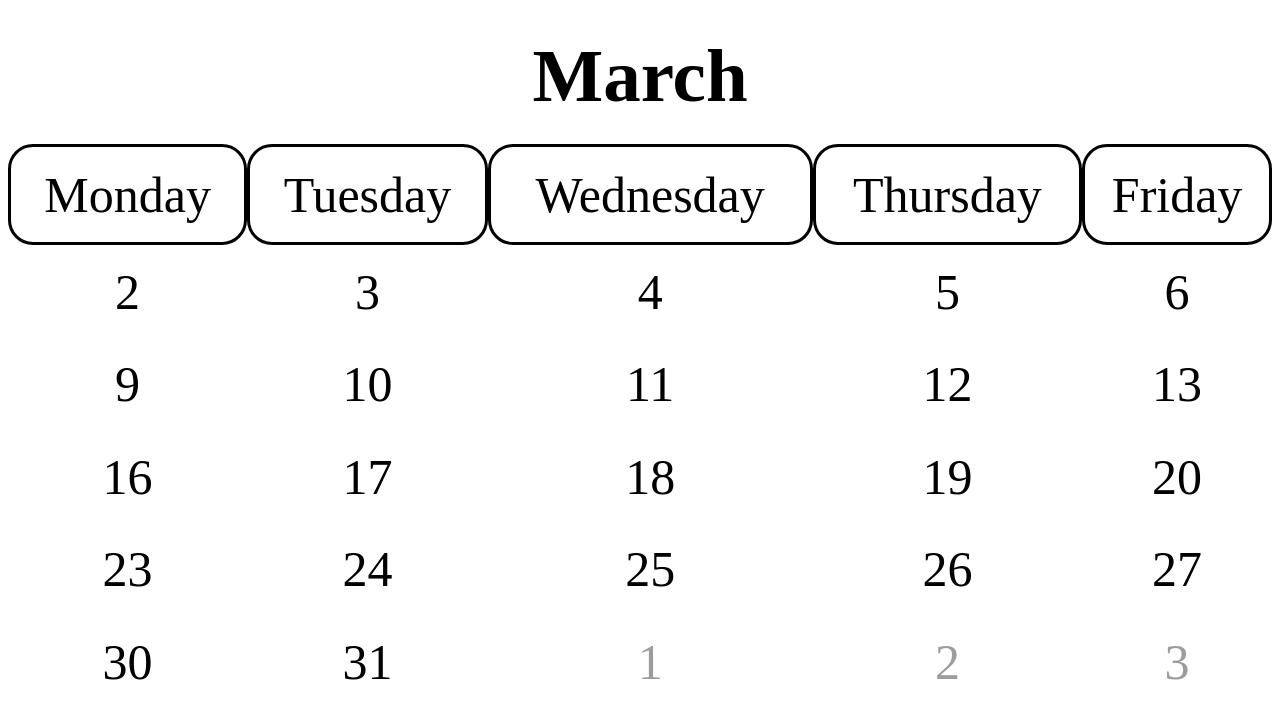
Repository: shleewhite/missionBitCalendar
Page: views/mar.html
The author's editor kept a record of every edit. The page is drawn from the files as they stood at one moment, then again after the next edit.
The browser window is 1280 px wide. The pictures show the whole page.

Above is the page before.

After the next edit:
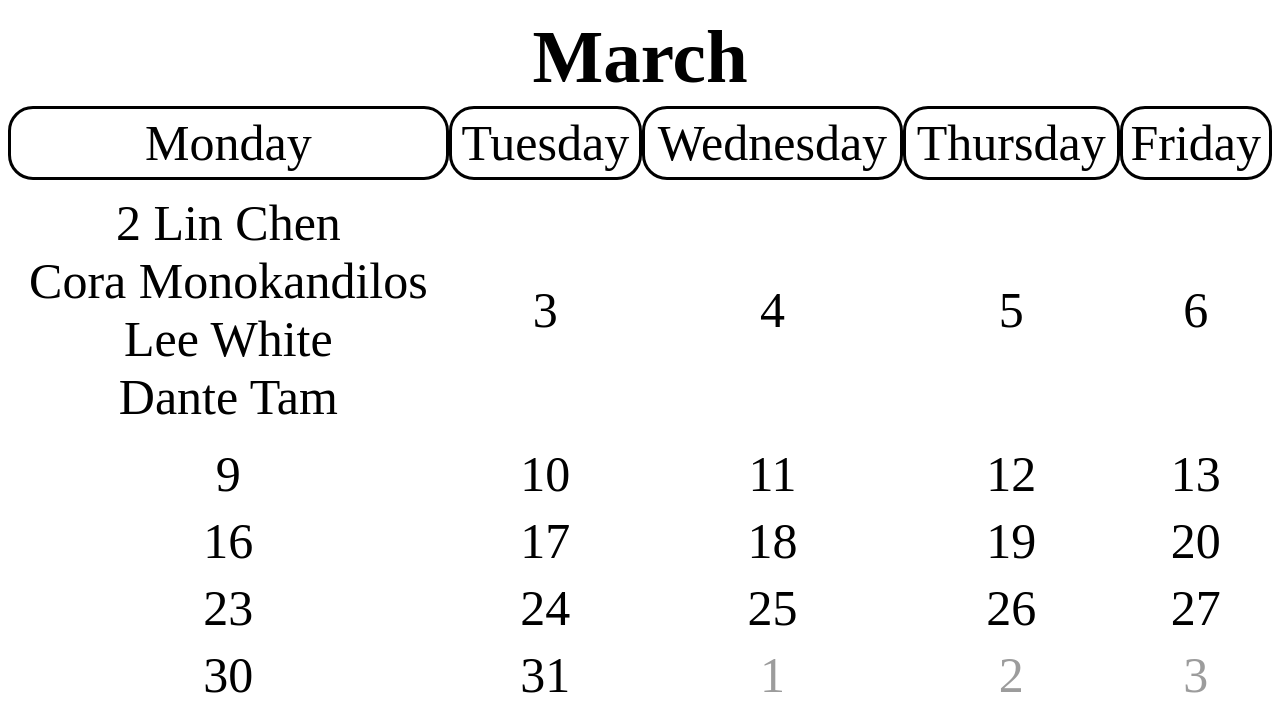
The edit:
--- a/views/mar.html
+++ b/views/mar.html
@@ -13,7 +13,7 @@
                 <td class="weekday">Friday</td>
             </tr>
             <tr>
-                <td>2</td>
+                <td>2 Lin Chen<br>Cora Monokandilos<br>Lee White<br>Dante Tam</td>
                 <td>3</td>
                 <td>4</td>
                 <td>5</td>
